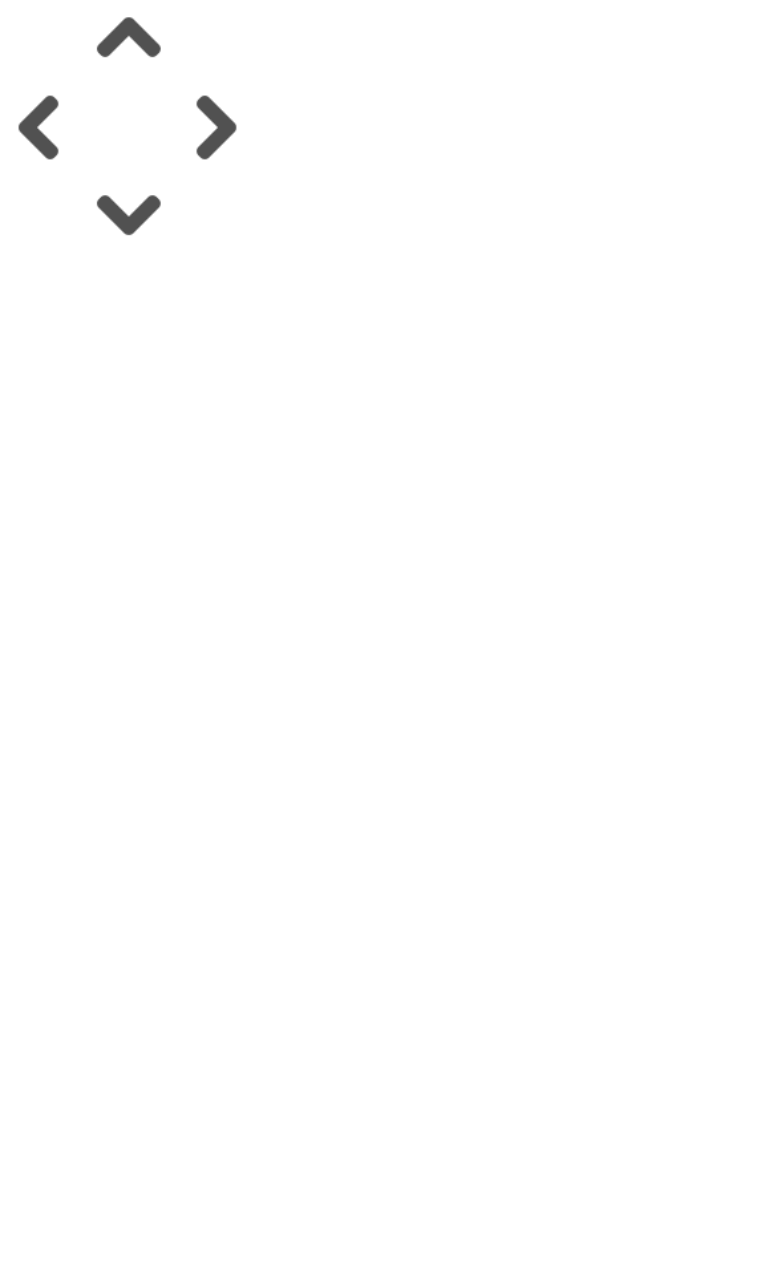
Repository: cjsatuforc/Bobina
Layout: source/android/Bobina/res/layout/control.xml
These files come from the project's save history. The layout is drawn as it stood at one moment and after the next save; the edit follows.
It is drawn on a 768 x 1280 px phone screen (xhdpi) without system bars, with theme AppTheme; the app's code is not run.

Above is the layout before, as saved 2015-04-26 00:17:19.

After the next save:
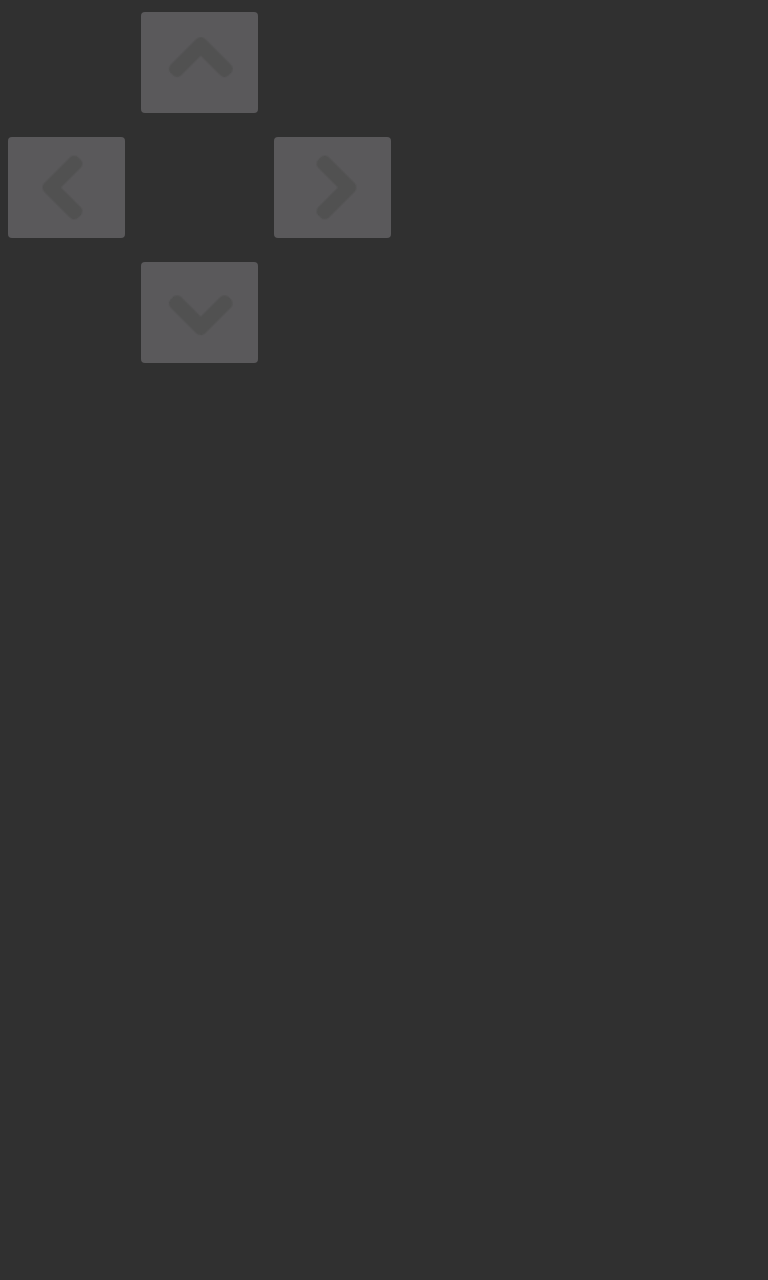
Saved 19 s later.
--- a/source/android/Bobina/res/values/styles.xml
+++ b/source/android/Bobina/res/values/styles.xml
@@ -4,7 +4,7 @@
         Base application theme for API 11+. This theme completely replaces
         AppBaseTheme from res/values/styles.xml on API 11+ devices.
     -->
-    <style name="AppBaseTheme" parent="Base.Theme.AppCompat">
+    <style name="AppTheme" parent="Base.Theme.AppCompat">
         <item name="android:windowNoTitle">true</item>
     </style>
 
